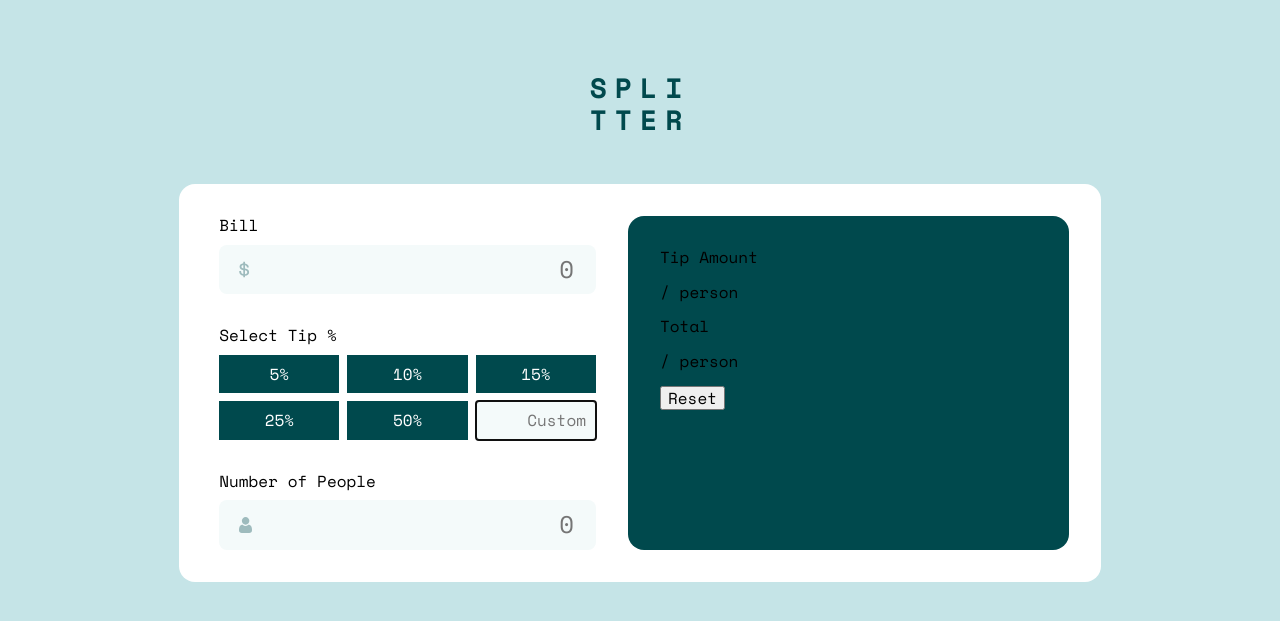
Repository: Jay-JYKim91/FM_tip-calculator
Page: index.html
The author's editor kept a copy of each file at every save. The page is drawn from the files as they stood at one save, then again after the next save.
The browser window is 1280 px wide. The pictures show the whole page.
The first visible `#custom_tip` has the focus.

Above is the page before, as saved 2021-12-21 22:02:58.

### index.html
<!DOCTYPE html>
<html lang="en">
<head>
  <meta charset="UTF-8">
  <meta name="viewport" content="width=device-width, initial-scale=1.0"> <!-- displays site properly based on user's device -->

  <link rel="icon" type="image/png" sizes="32x32" href="./images/favicon-32x32.png">

  <title>Tip calculator</title>
  <link rel="preconnect" href="https://fonts.googleapis.com">
  <link rel="preconnect" href="https://fonts.gstatic.com" crossorigin>
  <link href="https://fonts.googleapis.com/css2?family=Space+Mono:wght@400;700&display=swap" rel="stylesheet">
  <link rel="stylesheet" href="https://cdnjs.cloudflare.com/ajax/libs/normalize/8.0.1/normalize.min.css" integrity="sha512-NhSC1YmyruXifcj/KFRWoC561YpHpc5Jtzgvbuzx5VozKpWvQ+4nXhPdFgmx8xqexRcpAglTj9sIBWINXa8x5w==" crossorigin="anonymous" referrerpolicy="no-referrer" />
  <link rel="stylesheet" href="style.css">
  <script src="main.js" defer></script>

</head>
<body>
  <main class="container">
    <h1 class="main_title">Spli<br>tter</h1>
    <section class="calculator_wrapper">
      <article class="input_wrapper">
        <div>
          <p class="title">Bill</p>
          <div class="input_form">
            <img src="./images/icon-dollar.svg" alt="dollar">
            <input type="tel" placeholder="0">
          </div>
        </div>
        <div>
          <p class="title">Select Tip %</p>
          <div class="tip_options">
            <button class="tip_option">5%</button>
            <button class="tip_option">10%</button>
            <button class="tip_option">15%</button>
            <button class="tip_option">25%</button>
            <button class="tip_option">50%</button>
            <input type="tel" id="custom_tip" placeholder="Custom" autocomplete="off">
          </div>
        </div>
        <div>
          <p class="title">Number of People</p>
          <div class="input_form">
            <img src="./images/icon-person.svg" alt="person">
            <input type="tel" placeholder="0">
          </div>
        </div>
      </article>
      <article class="result_wrapper">
        <div class="result_rows">
          <div class="result_row">
            <div class="result_title_wrapper">
              <p class="title">Tip Amount</p>
              <p class="subtitle">/ person</p>
            </div>
            <p id="tipAmountPrice"></p>
          </div>
          <div class="result_row">
            <div class="result_title_wrapper">
              <p class="title">Total</p>
              <p class="subtitle">/ person</p>
            </div>
            <p id="totalPrice"></p>
          </div>
        </div>
        <div>
          <button>Reset</button>
        </div>
      </article>
    </section>
  </main>
</body>
</html>

### style.css
:root {
  --body-font: "Space Mono", monospace;

  --strong-cyan: hsl(172, 67%, 45%);
  --very-dark-cyan: hsl(183, 100%, 15%);
  --dark-grayish-cyan: hsl(186, 14%, 43%);
  --dark-grayish-cyan: hsl(184, 14%, 56%);
  --light-grayish-cyan1: hsl(185, 41%, 84%);
  --light-grayish-cyan2: hsl(189, 41%, 97%);
  --white: hsl(0, 0%, 100%);
}
body {
  background-color: var(--light-grayish-cyan1);
  font-family: var(--body-font);
}
.container {
  margin: 10vh 14vw;
}
.main_title {
  margin: 3rem;
  text-align: center;
  text-transform: uppercase;
  letter-spacing: 8px;
  color: var(--very-dark-cyan);
  font-size: 1.75rem;
}
.calculator_wrapper {
  background-color: var(--white);
  display: flex;
  justify-content: space-between;
  padding: 2rem;
  border-radius: 1rem;
}
.input_wrapper {
  flex-basis: 50%;
  padding: 0 2em 0 0.5em;
}
.input_wrapper div {
  margin-bottom: 2rem;
}
.input_wrapper div:last-child {
  margin-bottom: 0;
}
.tip_options {
  display: grid;
  grid-template-columns: repeat(3, 1fr);
  grid-gap: 0.5em;
}
.tip_option {
  border: none;
  background-color: var(--very-dark-cyan);
  color: var(--white);
  font-family: var(--body-font);
  padding: 10px;
}
#custom_tip {
  width: 100%;
  border: none;
  background-color: var(--light-grayish-cyan2);
  padding: 10px;
  box-sizing: border-box;
  text-align: right;
}
.title {
  margin: 0 0 10px 0;
}
.input_form {
  display: flex;
  align-items: center;
  justify-content: space-between;
  background-color: var(--light-grayish-cyan2);
  padding: 10px 20px;
  border-radius: 0.5rem;
}
.input_form input {
  width: 90%;
  font-size: 24px;
  border: none;
  background-color: var(--light-grayish-cyan2);
  text-align: right;
  color: var(--very-dark-cyan);
}
.input_form input:focus {
  outline: none;
}
.result_wrapper {
  background-color: var(--very-dark-cyan);
  flex-basis: 50%;
  border-radius: 1rem;
  padding: 2em;
}

/* Tablet size */
@media (min-width: 768px) and (max-width: 1023px) {
}

/* Mobile size */
@media (max-width: 767px) {
}

Loaded but not shown: main.js (empty)

After the next save:
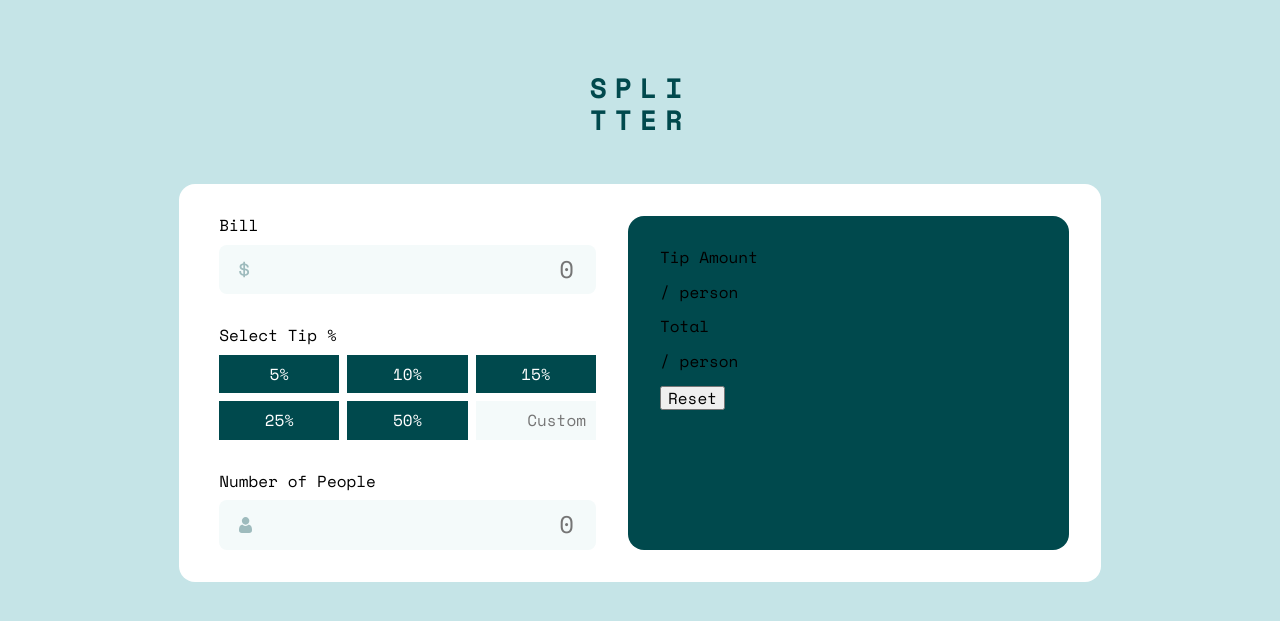
Saved 15 s later.
--- a/style.css
+++ b/style.css
@@ -61,6 +61,9 @@ body {
   box-sizing: border-box;
   text-align: right;
 }
+#custom_tip:focus {
+  outline: none;
+}
 .title {
   margin: 0 0 10px 0;
 }
